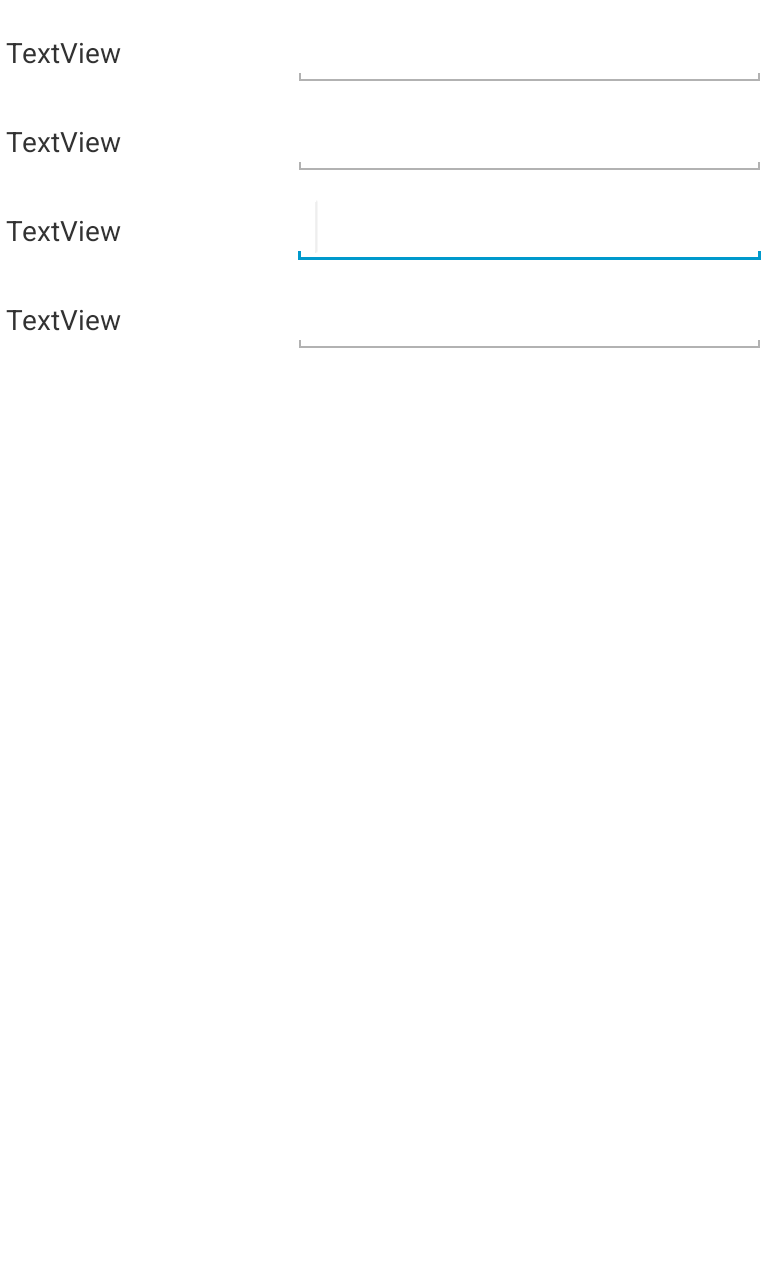
Repository: AungWinnHtut/Android
Layout: mywork1/Sale_system/res/layout/activity_main.xml
These files come from the project's save history. The layout is drawn as it stood at one moment and after the next save; the edit follows.
It is drawn on a 768 x 1280 px phone screen (xhdpi) without system bars, with theme AppTheme; the app's code is not run.

Above is the layout before, as saved 2015-07-12 04:20:40.

### mywork1/Sale_system/res/layout/activity_main.xml
<LinearLayout xmlns:android="http://schemas.android.com/apk/res/android"
    xmlns:tools="http://schemas.android.com/tools"
    android:id="@+id/LinearLayout1"
    android:layout_width="match_parent"
    android:layout_height="match_parent"
    android:orientation="vertical" >




    <LinearLayout
        android:layout_width="match_parent"
        android:layout_height="wrap_content"
        android:layout_marginLeft="3dp"
        android:layout_marginTop="5dp"
        android:orientation="horizontal" >

        <TextView
            android:id="@+id/textView1"
            android:layout_width="0dp"
            android:layout_height="wrap_content"
            android:layout_weight="0.3"
            android:text="TextView" />

        <EditText
            android:id="@+id/editText1"
            android:layout_width="0dp"
            android:layout_weight="0.5
            "
            android:layout_height="wrap_content"
            android:ems="10" />

    </LinearLayout>




    <LinearLayout
        android:layout_width="match_parent"
        android:layout_height="wrap_content"
        android:layout_marginLeft="3dp"
        android:layout_marginTop="5dp"
        android:orientation="horizontal" >

        <TextView
            android:id="@+id/textView2"
            android:layout_width="0dp"
            android:layout_height="wrap_content"
            android:layout_weight="0.3"
            android:text="TextView" />

        <EditText
            android:id="@+id/editText2"
            android:layout_width="0dp"
            android:layout_height="wrap_content"
            android:layout_weight="0.5"
            android:ems="10" />

    </LinearLayout>




    <LinearLayout
        android:layout_width="match_parent"
        android:layout_height="wrap_content"
        android:layout_marginLeft="3dp"
        android:layout_marginTop="5dp"
        android:orientation="horizontal" >

        <TextView
            android:id="@+id/textView3"
            android:layout_width="0dp"
                  android:layout_weight="0.3"
            android:layout_height="wrap_content"
            android:text="TextView" />

        <EditText
            android:id="@+id/editText3"

            android:layout_height="wrap_content"
       android:layout_weight="0.5"
            android:ems="10" >

            <requestFocus />
        </EditText>

    </LinearLayout>





    <LinearLayout
        android:layout_width="match_parent"
        android:layout_height="wrap_content"
        android:layout_marginLeft="3dp"
        android:layout_marginTop="5dp"
        android:orientation="horizontal" >

        <TextView
            android:id="@+id/textView4"
         android:layout_width="0dp"
            android:layout_height="wrap_content"
                  android:layout_weight="0.3"
            android:text="TextView" />

        <EditText
            android:id="@+id/editText4"

            android:layout_height="wrap_content"
            android:layout_weight="0.5"
            android:ems="10" />

    </LinearLayout>










    <LinearLayout
        android:layout_width="match_parent"
        android:layout_height="match_parent"
        android:layout_gravity="bottom" >

        <Button
            android:id="@+id/button1"

            android:layout_height="wrap_content"
            android:text="Button" />

    </LinearLayout>

</LinearLayout>

Loaded but not shown: mywork1/Sale_system/res/values-v11/styles.xml (common file); mywork1/Sale_system/res/values-v14/styles.xml (common file); mywork1/Sale_system/res/values/styles.xml (common file)

After the next save:
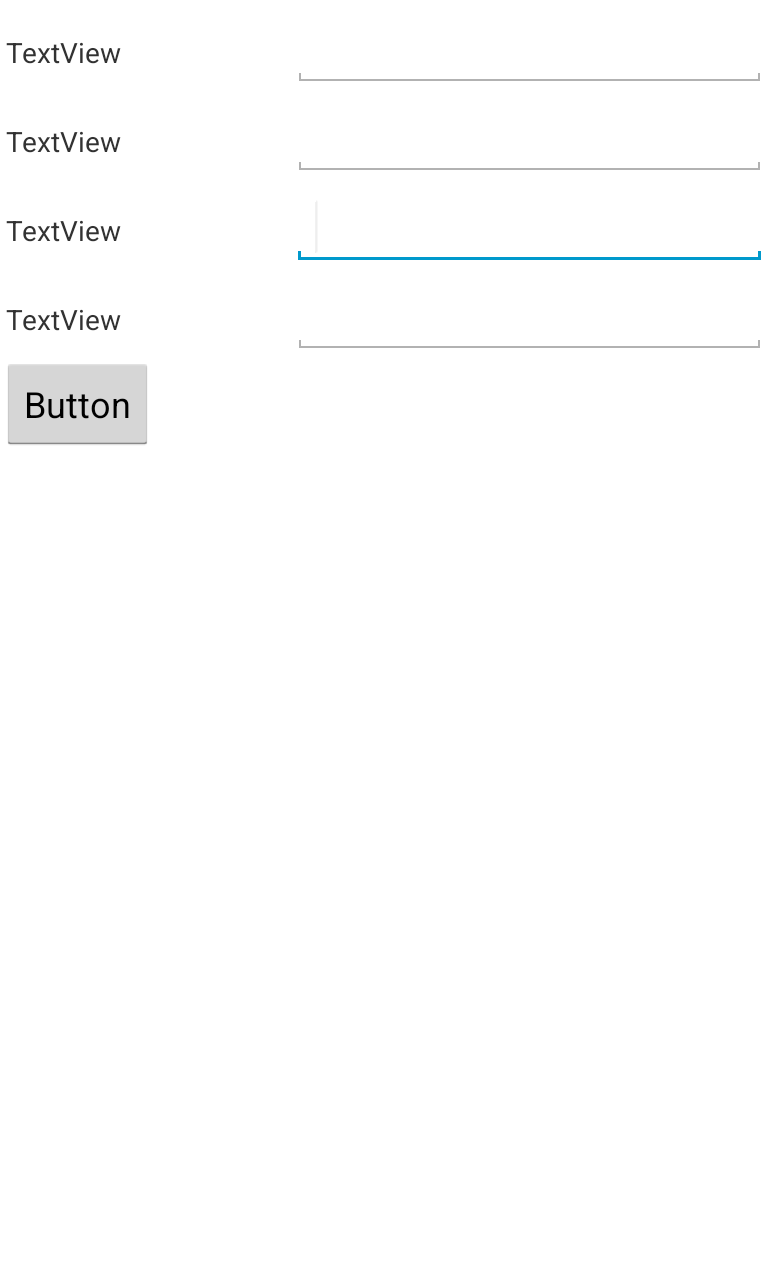
Saved 24 s later.
--- a/mywork1/Sale_system/res/layout/activity_main.xml
+++ b/mywork1/Sale_system/res/layout/activity_main.xml
@@ -128,9 +128,16 @@
         android:layout_height="match_parent"
         android:layout_gravity="bottom" >
 
+
         <Button
             android:id="@+id/button1"
+            android:layout_height="wrap_content"
+            android:layout_gravity="bottom"
+            android:text="Button" />
 
+        <Button
+            android:id="@+id/button2"
+            android:layout_width="wrap_content"
             android:layout_height="wrap_content"
             android:text="Button" />
 

After the save that followed:
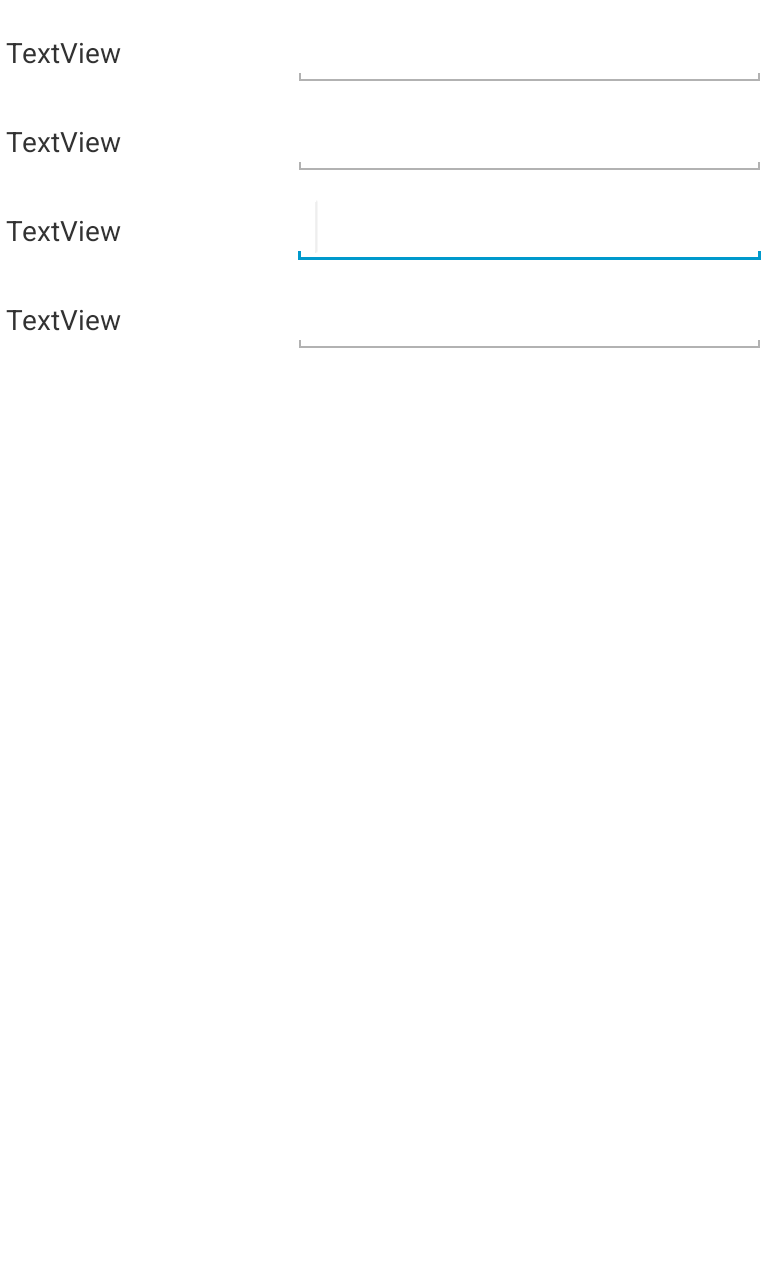
Saved 100 s later.
--- a/mywork1/Sale_system/res/layout/activity_main.xml
+++ b/mywork1/Sale_system/res/layout/activity_main.xml
@@ -123,22 +123,22 @@
 
 
 
+
+
+
+
+
     <LinearLayout
         android:layout_width="match_parent"
-        android:layout_height="match_parent"
-        android:layout_gravity="bottom" >
+        android:layout_height="0dp"
+        android:layout_gravity="bottom|left|right" >
 
-
-        <Button
-            android:id="@+id/button1"
-            android:layout_height="wrap_content"
-            android:layout_gravity="bottom"
-            android:text="Button" />
 
         <Button
             android:id="@+id/button2"
             android:layout_width="wrap_content"
             android:layout_height="wrap_content"
+            android:layout_gravity="bottom"
             android:text="Button" />
 
     </LinearLayout>
